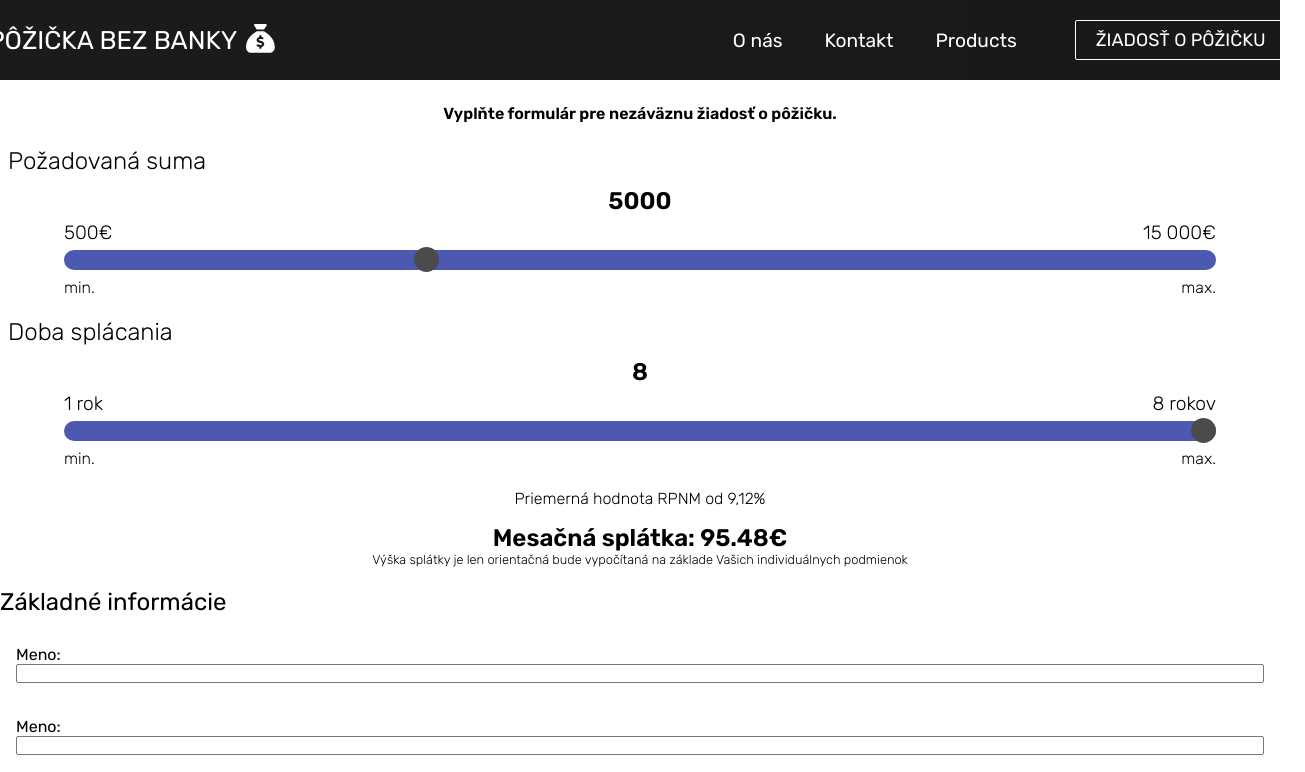
Repository: steve-lgtm/React-website-pozickabezbanky
Page: /ziadost
These files come from the project's save history. The page is drawn as it stood at one moment and after the next save; the edit follows.
The browser window is 1280 px wide. The page is 1305 px wide, so the pictures cover 1305 px, including what lies to the right of the window. The pictures show the whole page.
Some web libraries are served in a nearby version. The project was rebuilt for these pictures with package versions that can differ from the ones it lists, and the page was loaded fresh each time. Also part of the build but not shown: src/components/pages/Home.js, src/components/pages/Kontakt.js, src/components/pages/Products.js.

Above is the page before, as saved 2022-07-09 00:08:49.

### src/App.js
import React from 'react';
import Navbar from './components/Navbar';
import './App.css';
import Home from './components/pages/Home.js';
import { BrowserRouter as Router, Routes, Route } from 'react-router-dom';
import Kontakt from './components/pages/Kontakt';
import Products from './components/pages/Products';
import Ziadost from './components/pages/Ziadost';
import { library } from '@fortawesome/fontawesome-svg-core'
import { fas } from '@fortawesome/free-solid-svg-icons'


library.add(fas)


function App() {
  return (
      <Router>
        <Navbar />
        <Routes>
          <Route path='/' exact element={<Home />} />
          <Route path='/kontakt' element={<Kontakt/>} />
          <Route path='/products' element={<Products/>} />
          <Route path='/ziadost' element={<Ziadost/>} />
        </Routes>
      </Router>
  );
}

export default App;

### src/components/Navbar.js
import React, { useState, useEffect } from 'react';
import { Button } from './Button';
import { Link } from 'react-router-dom';
import './Navbar.css';
import { FontAwesomeIcon } from '@fortawesome/react-fontawesome';

function Navbar() {
  const [click, setClick] = useState(false);
  const [button, setButton] = useState(true);

  const handleClick = () => setClick(!click);
  const closeMobileMenu = () => setClick(false);

  const showButton = () => {
    if (window.innerWidth <= 1040) {
      setButton(false);
    } else {
      setButton(true);
    }
  };

  useEffect(() => {
    showButton();
  }, []);

  window.addEventListener('resize', showButton);

  return (
    <>
      <nav className='navbar'>
        <div className='navbar-container'>
          <Link to='/' className='navbar-logo' onClick={closeMobileMenu}>
            PÔŽIČKA BEZ BANKY
           {/* <FontAwesomeIcon icon="fa-solid fa-money-bill-1-wave" className='nav-icon'/> */}
           <FontAwesomeIcon icon="fa-solid fa-sack-dollar" className='nav-icon' />
          </Link>
          <div className='menu-icon' onClick={handleClick}>
            <i className={click ? 'fas fa-times' : 'fas fa-bars'} />
          </div>
          <ul className={click ? 'nav-menu active' : 'nav-menu'}>
            <li className='nav-item'>
              <Link to='/' className='nav-links' onClick={closeMobileMenu}>
                O nás
              </Link>
            </li>
            <li className='nav-item'>
              <Link
                to='/kontakt'
                className='nav-links'
                onClick={closeMobileMenu}
              >
                Kontakt
              </Link>
            </li>
            <li className='nav-item'>
              <Link
                to='/products'
                className='nav-links'
                onClick={closeMobileMenu}
              >
                Products
              </Link>
            </li>

            <li>
              <Link
                to='/ziadost'
                className='nav-links-mobile'
                onClick={closeMobileMenu}
              >
                ŽIADOSŤ O PÔŽIČKU
              </Link>
            </li>
          </ul>
          {button && <Button buttonStyle='btn--outline'>ŽIADOSŤ O PÔŽIČKU</Button>}
        </div>
      </nav>
    </>
  );
}

export default Navbar;

### src/App.css
@import url('https://fonts.googleapis.com/css2?family=Rubik:wght@300;400;600&display=swap');
* {
  box-sizing: border-box;
  margin: 0;
  padding: 0;
  font-family: 'Rubik', sans-serif;



}

.home,
.services,
.products,
.sign-up {
  display: flex;
  height: 89vh;
  align-items: center;
  justify-content: center;
  font-size: 3rem;
}

.services {
  background-color: blue;
  background-size: cover;
  background-repeat: no-repeat;
  color: rgb(0, 0, 0);
  font-size: 20px;
}

.products {
  background-color: blue;
  background-position: center;
  background-size: cover;
  background-repeat: no-repeat;
  color: #fff;
  font-size: 100 rem;
}

.sign-up {
  background-position: center;
  background-size: cover;
  background-repeat: no-repeat;
  color: rgb(0, 0, 0);
  font-size: 100px;
}
.home {
  background-position: center;
  background-size: cover;
  background-repeat: no-repeat;
  color: rgb(0, 0, 0);
  font-size: 100px;
}

### src/components/pages/Ziadost.js
import React from 'react';
import '../../App.css';
import './Ziadost.css'
import { useState } from 'react';
import { useFormik} from 'formik'

function PMT(ir, np, pv, fv, type) {

  //  * ir   - interest rate per month
  //  * np   - number of periods (months)
   // * pv   - present value
   // * fv   - future value
  //  * type - when the payments are due:
 //   *        0: end of the period, e.g. end of month (default)
  //  *        1: beginning of period

   var pmt, pvif;

   fv || (fv = 0);
   type || (type = 0);

   if (ir === 0)
       return -(pv + fv)/np;

   pvif = Math.pow(1 + ir, np);
   pmt = - ir * pv * (pvif + fv) / (pvif - 1);

   if (type === 1)
       pmt /= (1 + ir);


   return pmt;}

export default function Ziadost() {
  const [mounthAmount, setMounthAmount] = useState(95.48);
  const formik =  useFormik({
    initialValues: {
      amount: 5000,
      period: 8
    }
  });

 const changeAmount = (e) => {
  let urk_sdz = 0.1834;
  if(e.target.name==='amount'){
    let urk_sdz = 0.1834;
    if ( formik.values.period===1) urk_sdz = 0.3910;
    if ( formik.values.period>1 && formik.values.period<6 ) urk_sdz = 0.2098; //0.22;
    if ( formik.values.period>5 && formik.values.period<9 ) urk_sdz = 0.1834;
    let finalAmount = Math.round(PMT(Math.pow((1+urk_sdz),1/12)-1,(formik.values.period*12),-1*e.target.value)*100) /100;
  setMounthAmount(finalAmount)}

  if(e.target.name==='period'){
    if ( e.target.value===1) urk_sdz = 0.3910;
    if ( e.target.value>1 && e.target.value<6 ) urk_sdz = 0.2098; //0.22;
    if ( e.target.value>5 && e.target.value<9 ) urk_sdz = 0.1834;
    let finalAmount = Math.round(PMT(Math.pow((1+urk_sdz),1/12)-1,(e.target.value*12),-1*formik.values.amount)*100) /100;
    setMounthAmount(finalAmount)}
  };
  return (
    <>
      <h1 className='header-form'>
          Vyplňte formulár pre nezáväznu žiadosť o pôžičku.
        </h1>
      <form>
      <div className='container-form'>
        <div className='section-name'>Požadovaná suma</div>
            <h2>{formik.values.amount}</h2>
            <div className="containerslider">
                <div className="pullleft" style={{fontSize:"1.2rem"}}>
                    500€
                </div>
                <div className="pullright" style={{fontSize:"1.2rem"}}>
                    15 000€
                </div>
            <input type="range" name="amount" step="100" min="500" max="15000" onChange={(e) =>{formik.handleChange(e); changeAmount(e)}} value={formik.values.amount} className="slider" id="suma"/>
            <div className="pullleft" style={{fontSize: "1rem"}}>
                min.
            </div>
            <div className="pullright" style={{fontSize: "1rem"}}>
                max.
            </div>
            </div>

       <div className='section-name'>Doba splácania</div>
       <h2>{formik.values.period}</h2>
            <div className="containerslider">
                <div className="pullleft" style={{fontSize:"1.2rem"}}>
                    1 rok
                </div>
                <div className="pullright" style={{fontSize:"1.2rem"}}>
                    8 rokov
                </div>
            <input type="range" name="period" step="1" min="1" max="8" onChange={(e) => {formik.handleChange(e); changeAmount(e)}} value={formik.values.period} className="slider" id="doba"/>
            <div className="pullleft" style={{fontSize: "1rem"}}>
                min.
            </div>
            <div className="pullright" style={{fontSize: "1rem"}}>
                max.
            </div>
            </div>
            <div className="info">
        Priemerná hodnota RPNM od 9,12%
        </div>
        <h2> Mesačná splátka: {mounthAmount}€</h2>
        <div className="info2">
            Výška splátky je len orientačná bude vypočítaná na základe Vašich individuálnych podmienok
        </div>
            </div>
            <div className='section-name'>Základné informácie</div>
          <div className='personal-data'>
            <div className='personal-data-field'>
          <label for="nameElm">Meno:</label>
      <input required type="text" name="Meno" id="nameid" size="15" maxlength="50" oninvalid="alert('Vyplňte meno!');"/>
      </div>
      <div className='personal-data-field'>
      <label for="nameElm">Meno:</label>
      <input required type="text" name="Meno" id="nameid" size="15" maxlength="50" oninvalid="alert('Vyplňte meno!');"/>
            </div>
            </div>
      </form>

    </>
  );
}

### src/components/Button.js
// import React from 'react';
// import './Button.css';
// import { Link } from 'react-router-dom';

// export function Button() {
//   return (
//     <Link to='sign-up'>
//       <button className='btn'>Sign Up</button>
//     </Link>
//   );
// }

import React from 'react';
import './Button.css';
import { Link } from 'react-router-dom';

const STYLES = ['btn--primary', 'btn--outline', 'btn--test'];

const SIZES = ['btn--medium', 'btn--large'];

export const Button = ({
  children,
  type,
  onClick,
  buttonStyle,
  buttonSize
}) => {
  const checkButtonStyle = STYLES.includes(buttonStyle)
    ? buttonStyle
    : STYLES[0];

  const checkButtonSize = SIZES.includes(buttonSize) ? buttonSize : SIZES[0];

  return (
    <Link to='/ziadost' className='btn-mobile'>
      <button
        className={`btn ${checkButtonStyle} ${checkButtonSize}`}
        onClick={onClick}
        type={type}
      >
        {children}
      </button>
    </Link>
  );
};

### src/components/Navbar.css
.navbar {
    background: linear-gradient(90deg, rgb(28, 27, 27) 0%, rgb(26, 23, 23) 100%);
    height: 80px;
    display: flex;
    justify-content: center;
    align-items: center;
    font-size: 1.2rem;
    position: sticky;
    top: 0;
    z-index: 999;
    font-weight: 400;
    white-space: nowrap;
  }

  .navbar-container {
    display: flex;
    justify-content: center;
    align-items: center;
    height: 80px;
    max-width: 1500px;
  }

  .navbar-logo {
    color: #fff;
    justify-self: start;
    margin-left: 0.5em;
    cursor: pointer;
    text-decoration: none;
    font-size: 1.6rem;
    display: flex;
    align-items: center;

  }

  .nav-icon {
    margin-left: 0.3em;
    margin-bottom: 0.1em;
    font-size: 1.8rem;
  }

  .nav-menu {
    display: grid;
    grid-template-columns: repeat(4, auto);
    grid-gap: 10px;
    list-style: none;
    text-align: center;
    width: 60vw;
    justify-content: end;
    margin-right: 2rem;
  }

  .nav-item {
    height: 3.5em;
  }

  .nav-links {
    color: #fff;
    display: flex;
    align-items: center;
    text-decoration: none;
    padding: 0.5rem 1rem;
    height: 100%;
  }

  .nav-links:hover {
    border-bottom: 4px solid #fff;
    transition: all 0.2s ease-out;
  }

  .fa-bars {
    color: rgb(255, 255, 255);
  }

  .nav-links-mobile {
    display: none;
  }

  .menu-icon {
    display: none;
  }

  @media screen and (max-width: 1040px) {
    .NavbarItems {
      position: relative;
    }

    .nav-menu {
      display: flex;
      flex-direction: column;
      justify-content: flex-start;
      width: 100%;
      height: 100vh;
      position: absolute;
      top: 80px;
      left: -100%;
      opacity: 1;
      transition: all 0.5s ease;
    }

    .nav-menu.active {
      background: #242222;
      left: 0;
      opacity: 1;
      transition: all 0.5s ease;
      z-index: 1;
    }

    .nav-links {
      font-size: 1.5rem;
      text-align: center;
      padding: 2rem;
      width: 100%;
      display: table;
    }

    .nav-links:hover {
      background-color: #fff;
      color: #242424;
      border-radius: 0;
    }

    .navbar-logo {
      float: left;}

    .navbar {
      justify-content: flex-start;
    }
    .navbar-container {
      float: left;
    }
    .menu-icon {
      display: block;
      position: absolute;
      top: 0;
      right: 0;
      transform: translate(-100%, 60%);
      font-size: 1.8rem;
      cursor: pointer;
    }

    .fa-times {
      color: #fff;
      font-size: 2rem;
    }

    .nav-links-mobile {
      display: block;
      text-align: center;
      margin: 2rem auto;
      border-radius: 4px;
      width: 80%;
      text-decoration: none;
      font-size: 1.5rem;
      background-color: transparent;
      color: #fff;
      padding: 14px 20px;
      border: 1px solid #fff;
      transition: all 0.3s ease-out;
    }

    .nav-links-mobile:hover {
      background: #fff;
      color: #242424;
      transition: 250ms;
    }
  }

### src/components/pages/Ziadost.css

.container-form {
margin: 0.5em;
display: flex;
flex-direction: column;
align-items: center;
font-weight: 300;
}
.pullleft{
    margin-top:0.3em;
    margin-bottom: 0.3em;
    float: left;

}
.pullright{
    margin-top:0.3em;
    margin-bottom: 0.3em;
    float: right;
}

.containerslider {
    width: 90vw;
    margin-bottom: 1em;
}
.header-form {
    text-align: center;
    font-size: 1rem;
    padding: 1em;
    padding-top: 1.5em;
}
.info{
    font-size: 1rem;
    color:black;
    text-align: center;
    margin-bottom: 1em;
}
.info2{
    font-size: 0.8rem;
    color:black;
    text-align: center;
    margin-bottom: 1em;
}
.slider {
    -webkit-appearance: none;
    width: 100%;
    height: 20px;
    background: #021391;
    outline: none;
    opacity: 0.7;
    -webkit-transition: .2s;
    transition: opacity .2s;
    border-radius: 1em;

  }
.section-name {
    align-self: flex-start;
    font-size: 1.5em;
    margin-bottom: 0.5em;
}

  .slider::-webkit-slider-thumb {
    -webkit-appearance: none;
    appearance: none;
    width: 25px;
    height: 25px;
    background: #000000;
    cursor: pointer;
    border-radius: 40px;
  }

  .slider::-moz-range-thumb {
    width: 25px;
    height: 25px;
    background: #000000;
    cursor: pointer;
  }
.arrow{
    width: 70px;
    margin-bottom: -1em;
}

.personal-data{
    display: flex;
    flex-direction: column;
    justify-content:space-around;
    height: 20vh;
}
.personal-data-field{
    display: flex;
    flex-direction: column;
    margin: 1em;
}

### src/components/Button.css
:root {
  --primary: #fff;
}

.btn {
  padding: 8px 20px;
  border-radius: 2px;
  outline: none;
  border: none;
  cursor: pointer;
}

.btn--primary {
  background-color: var(--primary);
  color: #242424;
  border: 1px solid var(--primary);
}

.btn--outline {
  background-color: transparent;
  color: #fff;
  padding: 8px 20px;
  border: 1px solid var(--primary);
  transition: all 0.3s ease-out;
}

.btn--medium {
  margin-right: 1em;
  padding: 8px 20px;
  font-size: 18px;
}

.btn--large {
  padding: 12px 26px;
  font-size: 20px;
}

.btn--large:hover,
.btn--medium:hover {
  transition: all 0.3s ease-out;
  background: #fff;
  color: #242424;
  transition: 250ms;
}

Loaded but not shown: public/index.html (common file); src/index.js (common file); src/index.css (common file)

After the next save:
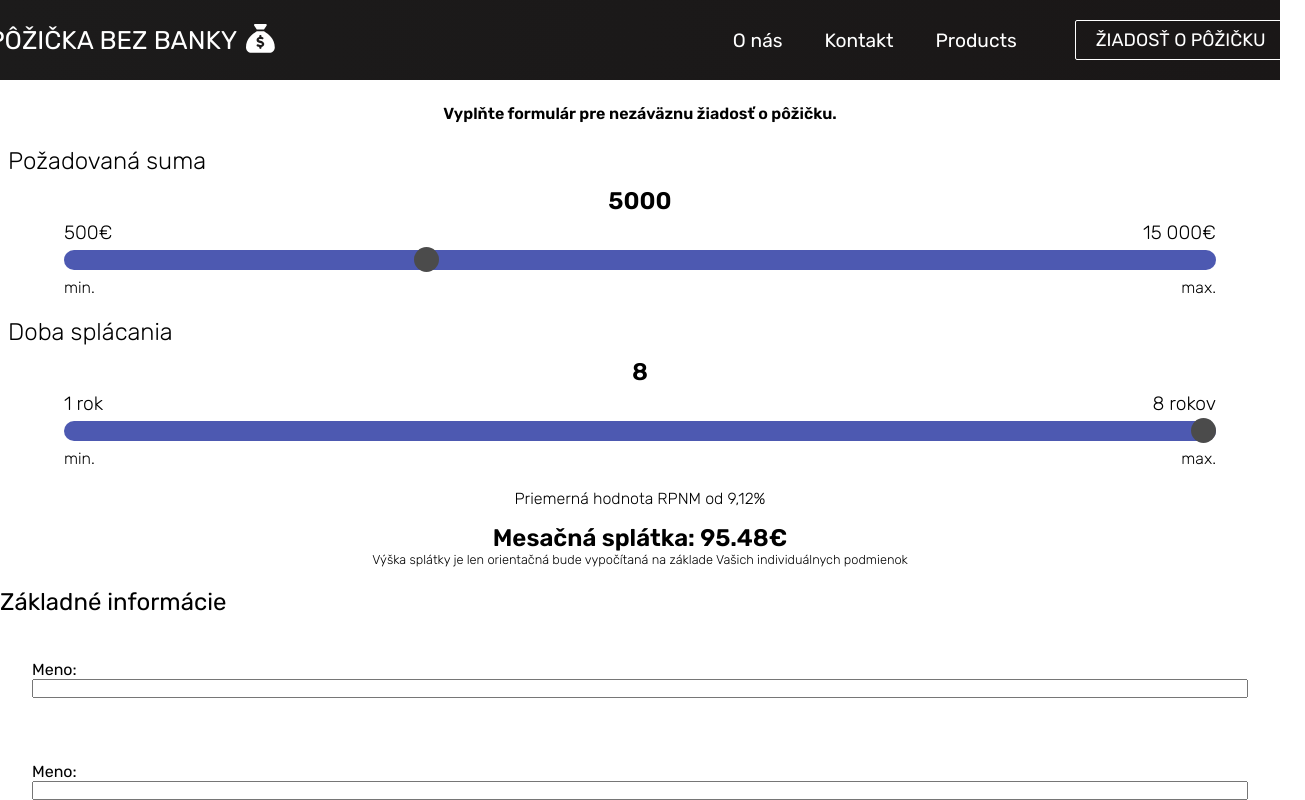
Saved 5 s later.
--- a/src/components/pages/Ziadost.css
+++ b/src/components/pages/Ziadost.css
@@ -88,5 +88,5 @@
 .personal-data-field{
     display: flex;
     flex-direction: column;
-    margin: 1em;
+    margin: 2em;
 }

After the save that followed:
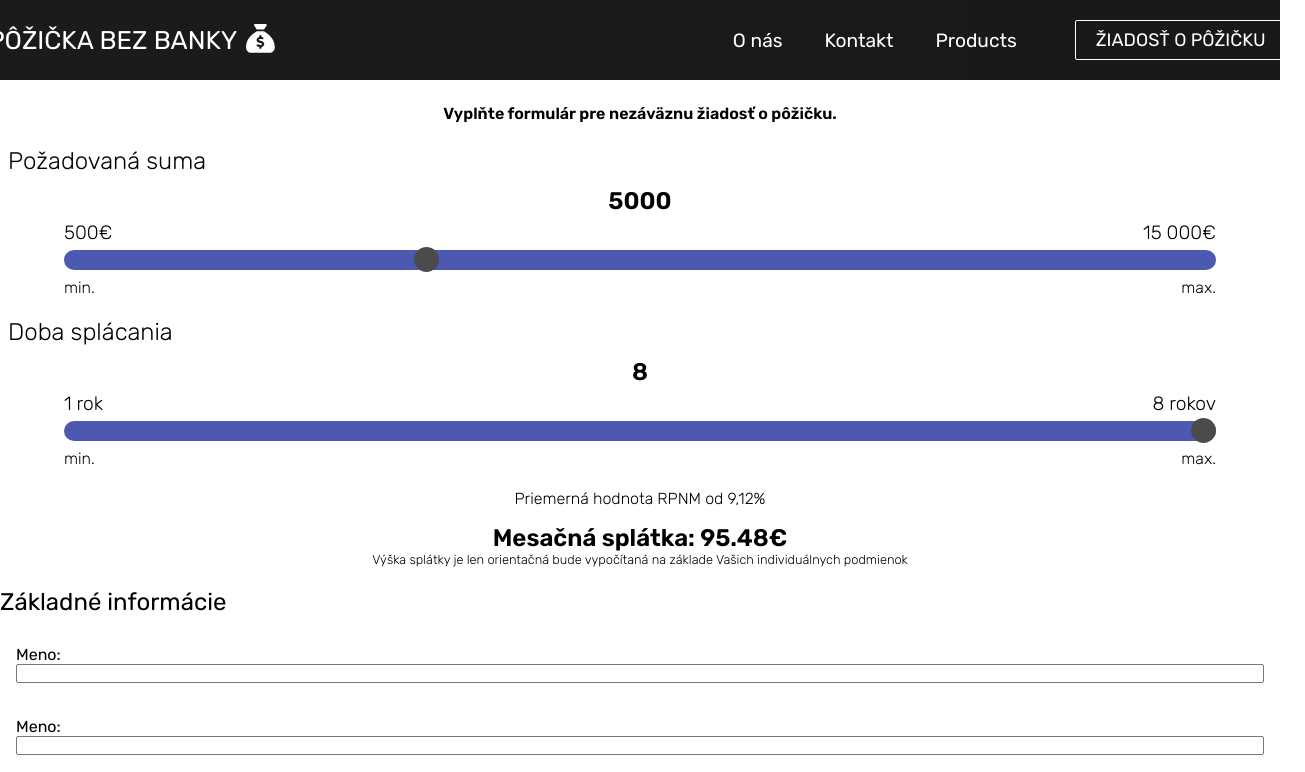
Saved 8 s later.
--- a/src/components/pages/Ziadost.css
+++ b/src/components/pages/Ziadost.css
@@ -88,5 +88,5 @@
 .personal-data-field{
     display: flex;
     flex-direction: column;
-    margin: 2em;
+    margin: 1em;
 }
